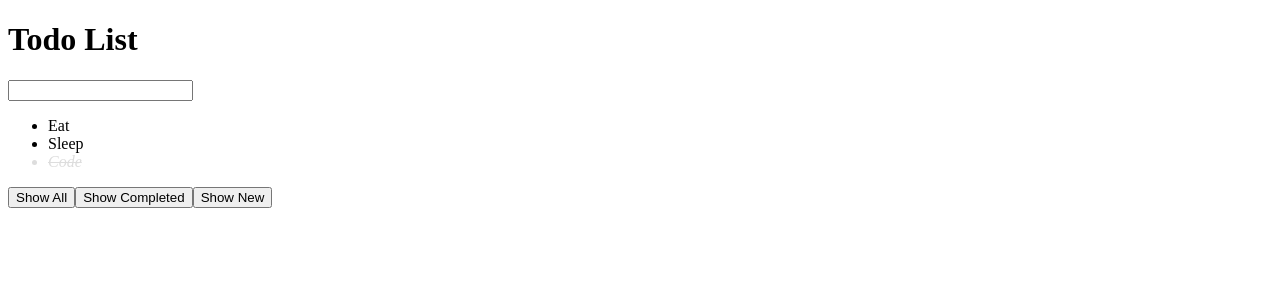
Repository: haiphamdev/shopping-cart
Page: /todos
An editor plug-in stored every save of this project. The page is shown before and after the next save, followed by the edit.
The browser window is 1280 px wide. The pictures show the whole page.
The project was rebuilt for these pictures with package versions that can differ from the ones it lists, and the page was loaded fresh each time. Also part of the build but not shown: vite.config.js, src/index.css.

Above is the page before, as saved 2025-02-23 22:35:33.

### src/App.jsx
import './App.scss';
import TodoFeature from './features/Todo';

function App() {
  return (
    <>
      <TodoFeature />
      {/* <AlbumFeature /> */}
    </>
  );
}

export default App;

### src/features/Todo/index.jsx
import 'react';
import TodoList from './components/TodoList';
import { useState } from 'react';
import TodoForm from './components/TodoForm';

TodoFeature.propTypes = {};

function TodoFeature() {
  const initialTodoList = [
    {
      id: 1,
      title: 'Eat',
      status: 'new',
    },
    {
      id: 2,
      title: 'Sleep',
      status: 'new',
    },
    {
      id: 3,
      title: 'Code',
      status: 'completed',
    },
  ];

  const [todoList, setTodoList] = useState(initialTodoList);
  const [filterStatus, setFilterStatus] = useState('all');

  function handleTodoClick(todo, index) {
    // console.log(todo, index);
    const newTodoList = [...todoList];
    newTodoList[index] = {
      ...newTodoList[index],
      status: newTodoList[index].status === 'completed' ? 'new' : 'completed',
    };

    setTodoList(newTodoList);
  }

  function handleShowAllClick() {
    setFilterStatus('all');
  }

  function handleShowCompletedClick() {
    setFilterStatus('completed');
  }

  function handleShowNewClick() {
    setFilterStatus('new');
  }

  const renderTodoList = todoList.filter(
    (todo) => filterStatus === 'all' || filterStatus === todo.status
  );

  return (
    <div>
      <h1>Todo List</h1>
      <TodoForm />
      <TodoList todoList={renderTodoList} onTodoClick={handleTodoClick} />

      <div>
        <button onClick={handleShowAllClick}>Show All</button>
        <button onClick={handleShowCompletedClick}>Show Completed</button>
        <button onClick={handleShowNewClick}>Show New</button>
      </div>
    </div>
  );
}

export default TodoFeature;

### src/features/Todo/components/TodoList/index.jsx
import PropTypes from 'prop-types';
// eslint-disable-next-line no-unused-vars
import React from 'react';
import './style.scss';
import classnames from 'classnames';

TodoList.propTypes = {
  todoList: PropTypes.array,
  onTodoClick: PropTypes.func,
};

TodoList.defaultProps = {
  todoList: [],
  onTodoClick: null,
};

function TodoList({ todoList, onTodoClick }) {
  function handleClick(todo, idx) {
    if (!onTodoClick) return;

    onTodoClick(todo, idx);
  }

  return (
    <ul className='todo-list'>
      {todoList.map((item, idx) => (
        <li
          key={item.id}
          className={classnames({
            completed: item.status === 'completed',
          })}
          onClick={() => handleClick(item, idx)}
        >
          {item.title}
        </li>
      ))}
    </ul>
  );
}

export default TodoList;

### src/features/Todo/components/TodoForm/index.jsx
import React, { useState } from 'react';
import PropTypes from 'prop-types';

TodoForm.propTypes = {
  onSubmit: PropTypes.func,
};

TodoForm.defaultValue = {
  onSubmit: null,
};

function TodoForm({ onSubmit }) {
  const [value, setValue] = useState('');

  function handleChangeValue(e) {
    // console.log(e.target.value);
    setValue(e.target.value);
  }

  return (
    <div>
      <form>
        <input type='text' value={value} onChange={handleChangeValue} />
      </form>
    </div>
  );
}

export default TodoForm;

### src/features/Todo/components/TodoList/style.scss
.todo-list {
  & > li {
    cursor: pointer;
  }

  & > li.completed {
    font-style: italic;
    color: #ddd;
    text-decoration: line-through;
  }
}

Loaded but not shown: index.html (common file); src/main.jsx (common file); src/App.scss (common file)

After the next save:
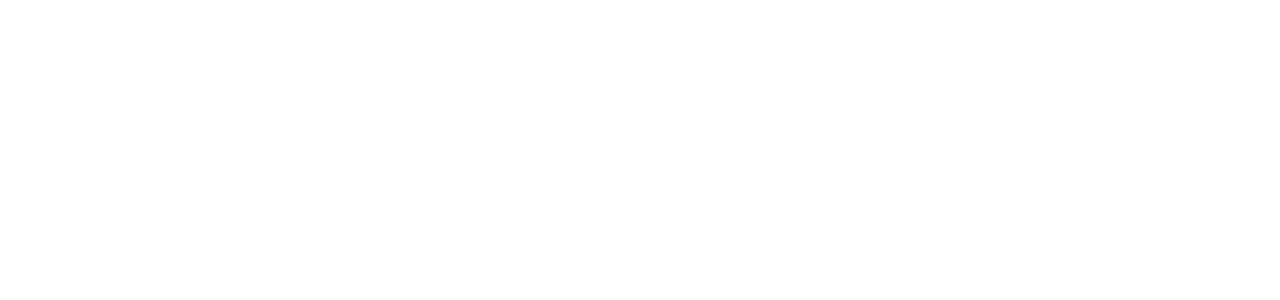
Console error: ReferenceError: handleSubmit is not defined
Saved 15 s later.
--- a/src/features/Todo/components/TodoForm/index.jsx
+++ b/src/features/Todo/components/TodoForm/index.jsx
@@ -19,7 +19,7 @@
 
   return (
     <div>
-      <form>
+      <form onSubmit={handleSubmit}>
         <input type='text' value={value} onChange={handleChangeValue} />
       </form>
     </div>

After the save that followed:
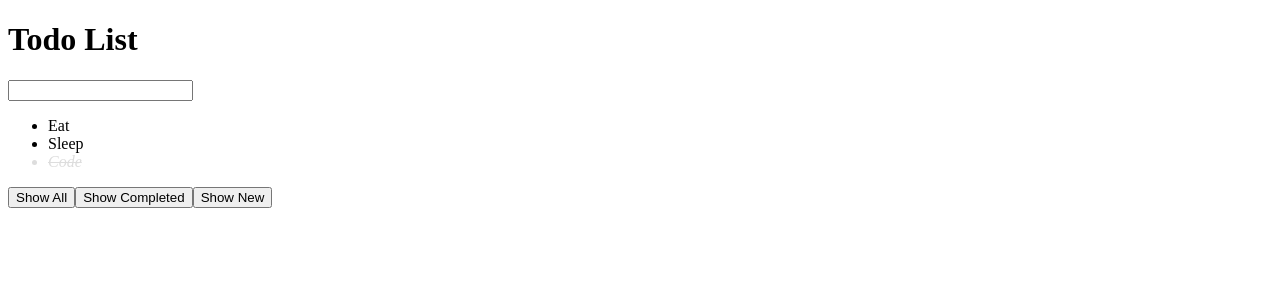
The error is gone.
Saved 22 s later.
--- a/src/features/Todo/components/TodoForm/index.jsx
+++ b/src/features/Todo/components/TodoForm/index.jsx
@@ -17,6 +17,10 @@
     setValue(e.target.value);
   }
 
+  function handleSubmit(e) {
+    e.preventDefault();
+  }
+
   return (
     <div>
       <form onSubmit={handleSubmit}>
